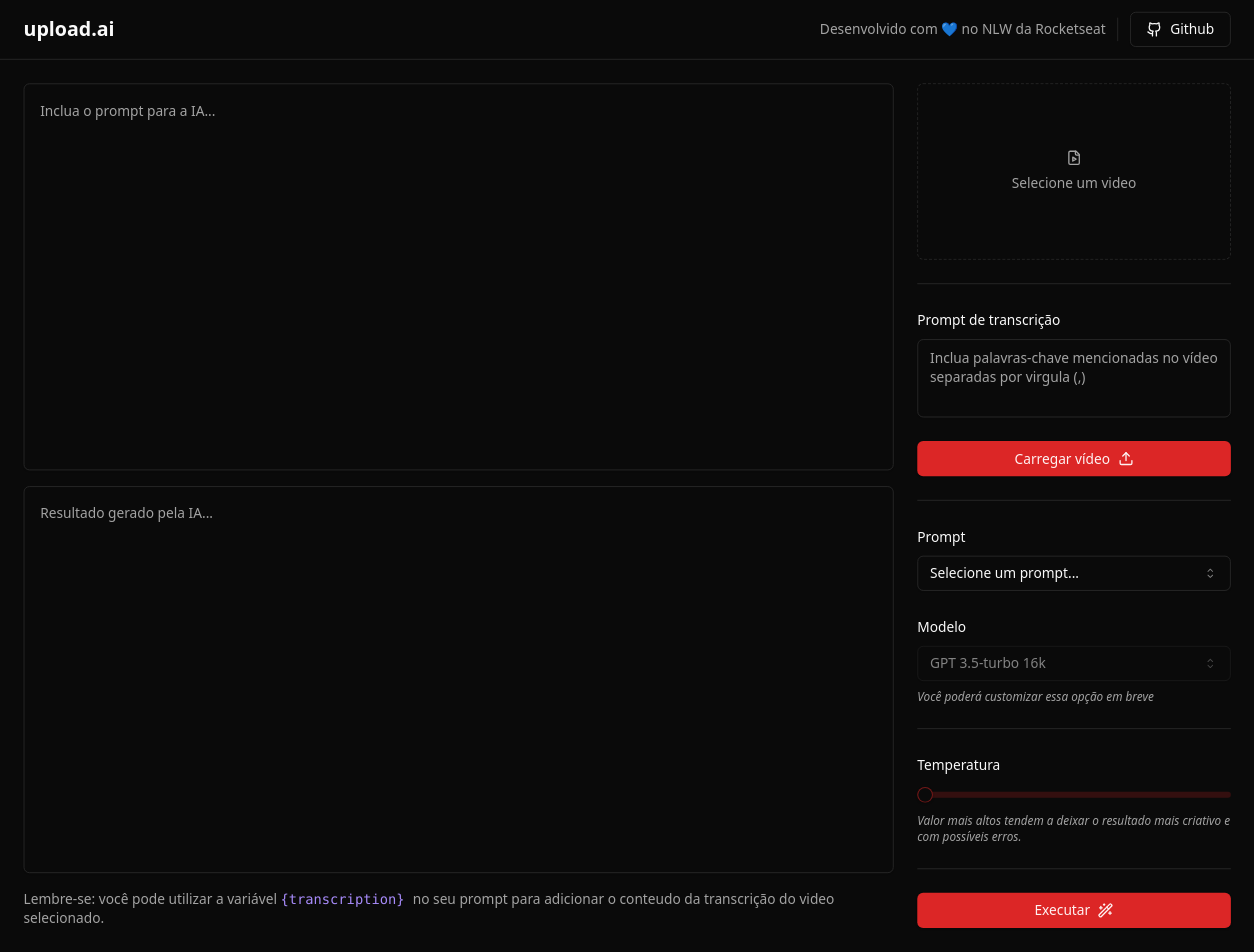
Repository: ricardolimati/upload-ai-web
Page: /
An editor plug-in stored every save of this project. The page is shown before and after the next save, followed by the edit.
The browser window is 1280 px wide. The pictures show the whole page, at 98% of full size.
The project was rebuilt for these pictures with package versions that can differ from the ones it lists, and the page was loaded fresh each time. Also part of the build but not shown: vite.config.ts.

Above is the page before, as saved 2023-09-17 23:42:46.

After the next save:
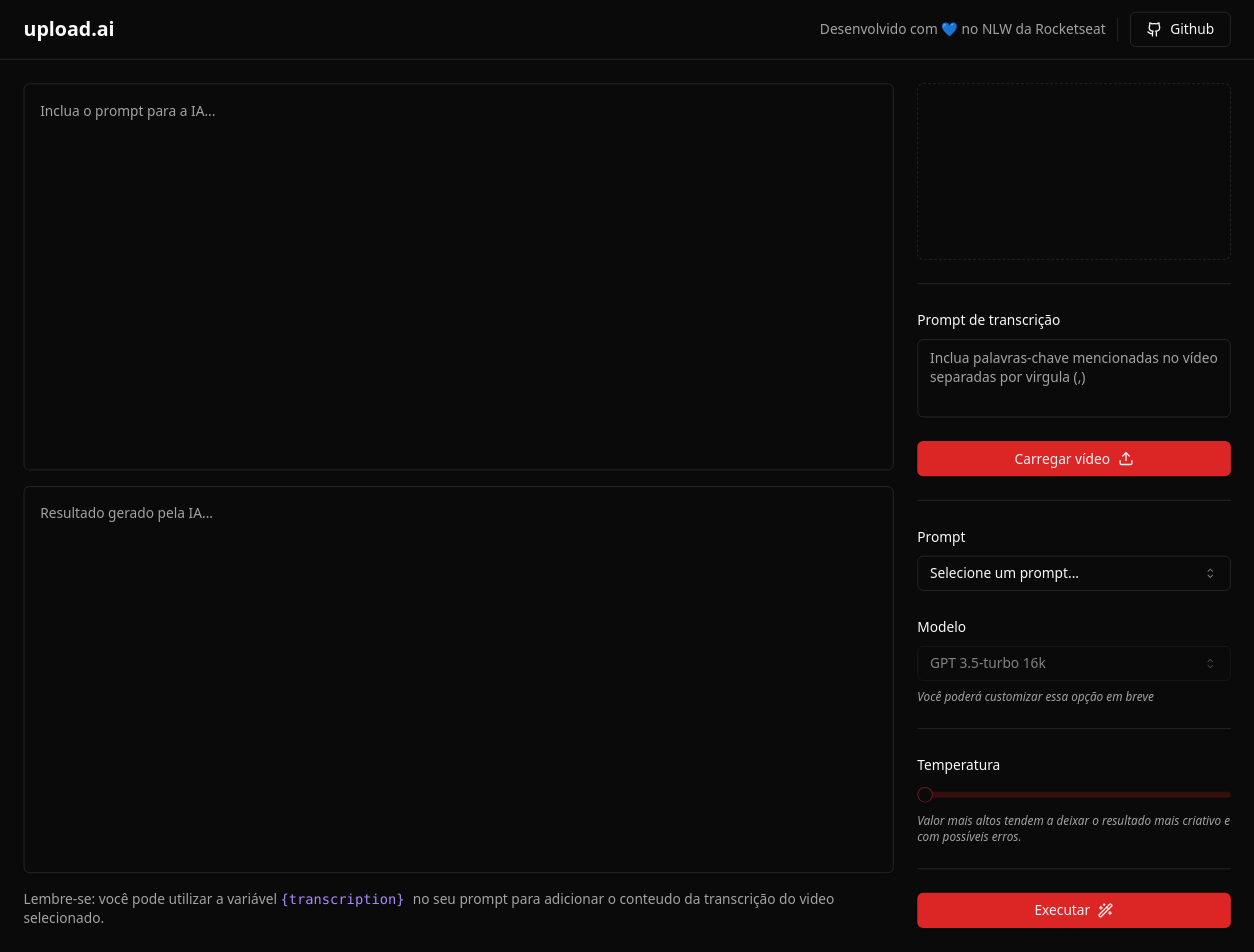
Saved 38 s later.
--- a/src/components/video-input-form.tsx
+++ b/src/components/video-input-form.tsx
@@ -27,8 +27,7 @@ export function VideoInputForm(){
     htmlFor="video"
     className="border flex rounded-md aspect-video cursor-pointer border-dashed text-sm flex-col gap-2 items-center justify-center text-muted-foreground hover:bg-primary/5"
     >
-      <FileVideo className="w-4 h-4" />
-      Selecione um video
+
     </label>
     <input type="file" id="video" accept="video/mp4" className="sr-only" onChange={handleFileSelected}/>
     <Separator />
